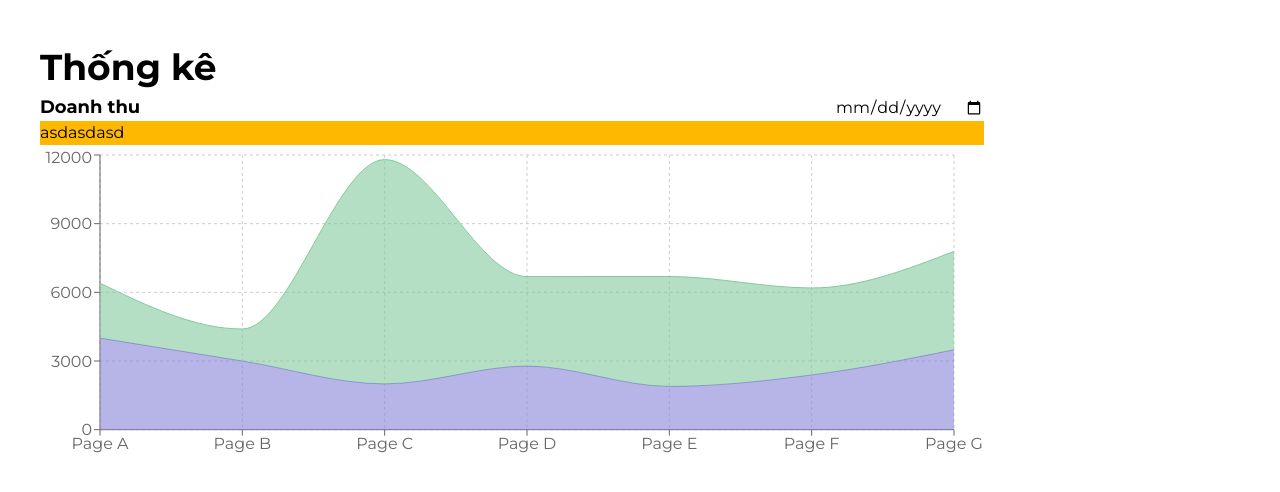
Repository: iphoneboy46/AltaMediaCMS
Page: /
An editor plug-in stored every save of this project. The page is shown before and after the next save, followed by the edit.
The browser window is 1280 px wide. The pictures show the whole page.
Some web libraries are served in a nearby version. The project was rebuilt for these pictures with package versions that can differ from the ones it lists, and the page was loaded fresh each time.

Above is the page before, as saved 2023-03-26 21:52:49.

### public/index.html
<!DOCTYPE html>
<html lang="en">
  <head>
    <meta charset="utf-8" />
    <link rel="icon" href="%PUBLIC_URL%/favicon.ico" />
    <meta name="viewport" content="width=device-width, initial-scale=1" />
    <meta name="theme-color" content="#000000" />
    <meta
      name="description"
      content="Web site created using create-react-app"
    />
    <link rel="apple-touch-icon" href="%PUBLIC_URL%/logo192.png" />
    <!--
      manifest.json provides metadata used when your web app is installed on a
      user's mobile device or desktop. See https://developers.google.com/web/fundamentals/web-app-manifest/
    -->
    <link rel="manifest" href="%PUBLIC_URL%/manifest.json" />
    <!--
      Notice the use of %PUBLIC_URL% in the tags above.
      It will be replaced with the URL of the `public` folder during the build.
      Only files inside the `public` folder can be referenced from the HTML.

      Unlike "/favicon.ico" or "favicon.ico", "%PUBLIC_URL%/favicon.ico" will
      work correctly both with client-side routing and a non-root public URL.
      Learn how to configure a non-root public URL by running `npm run build`.
    -->
    <link rel="stylesheet" href="https://cdnjs.cloudflare.com/ajax/libs/font-awesome/6.3.0/css/all.min.css" integrity="sha512-SzlrxWUlpfuzQ+pcUCosxcglQRNAq/DZjVsC0lE40xsADsfeQoEypE+enwcOiGjk/bSuGGKHEyjSoQ1zVisanQ==" crossorigin="anonymous" referrerpolicy="no-referrer" />
    <title>React App</title>
  </head>
  <body>
    <noscript>You need to enable JavaScript to run this app.</noscript>
    <div id="root"></div>
    <!--
      This HTML file is a template.
      If you open it directly in the browser, you will see an empty page.

      You can add webfonts, meta tags, or analytics to this file.
      The build step will place the bundled scripts into the <body> tag.

      To begin the development, run `npm start` or `yarn start`.
      To create a production bundle, use `npm run build` or `yarn build`.
    -->
  </body>
</html>

### src/App.tsx

import './App.css';
import Home from './components/Home/Home';
import MenuBar from './components/Menu/MenuBar';

function App() {
  return (
    <div className="App">
      {/* <MenuBar /> */}
      <Home />
    </div>
  );
}

export default App;

### src/App.css
@import url('https://fonts.googleapis.com/css2?family=Montserrat:wght@300;400;500;700&display=swap');

*{
  margin: 0;
  padding: 0;
  box-sizing: border-box;
  font-family: 'Montserrat', sans-serif;
}

### src/components/Home/Home.tsx
import React from 'react'
import Charts from '../Charts/Charts'

function Home() {
  return (
    <div className="w-[80%] bg-[white] p-10">
        <div className="">
            <h1 className="text-[black] text-[36px] font-[700]">Thống kê</h1>
        </div>
        <div className="flex items-center justify-between">
           <div> <h2 className="text-[black] text-[18px] font-[600]">Doanh thu</h2></div>
           <div>
             <input className="" type="date" value="" />
           </div>
        </div>
        <Charts />
    </div>
  )
}

export default Home

### src/components/Charts/Charts.tsx
import React from "react";
import { AreaChart, Area, XAxis, YAxis, CartesianGrid, Tooltip, ResponsiveContainer } from 'recharts';
function Charts() {
  const data = [
    {
      name: "Page A",
      uv: 4000,
      pv: 2400,
      amt: 2400,
    },
    {
      name: "Page B",
      uv: 3000,
      pv: 1398,
      amt: 2210,
    },
    {
      name: "Page C",
      uv: 2000,
      pv: 9800,
      amt: 2290,
    },
    {
      name: "Page D",
      uv: 2780,
      pv: 3908,
      amt: 2000,
    },
    {
      name: "Page E",
      uv: 1890,
      pv: 4800,
      amt: 2181,
    },
    {
      name: "Page F",
      uv: 2390,
      pv: 3800,
      amt: 2500,
    },
    {
      name: "Page G",
      uv: 3490,
      pv: 4300,
      amt: 2100,
    },
  ];

  return (
    <div className="w-[100%] h-[100%] bg-yellowMain">
        <h1>asdasdasd</h1>
        <ResponsiveContainer width="100%" aspect={3}>
        <AreaChart
          width={500}
          height={400}
          data={data}
          margin={{
            top: 10,
            right: 30,
            left: 0,
            bottom: 0,
          }}
        >
          <CartesianGrid strokeDasharray="3 3" />
          <XAxis dataKey="name" />
          <YAxis />
          <Tooltip />
          <Area type="monotone" dataKey="uv" stackId="1" stroke="#8884d8" fill="#8884d8" />
          <Area type="monotone" dataKey="pv" stackId="1" stroke="#82ca9d" fill="#82ca9d" />

        </AreaChart>
      </ResponsiveContainer>
    </div>
  );
}

export default Charts;

### tailwind.config.js

module.exports = {
  content: [
    "./src/**/*.{js,jsx,ts,tsx}",
    ],
  theme: {
    extend: {},
    colors:{
        'yellowMain':"#FFB800",
         'background' :"#E5E5E5"

    }
  },
  plugins: [],
}

Loaded but not shown: src/index.tsx (common file); src/index.css (common file); src/reportWebVitals.ts (common file)

After the next save:
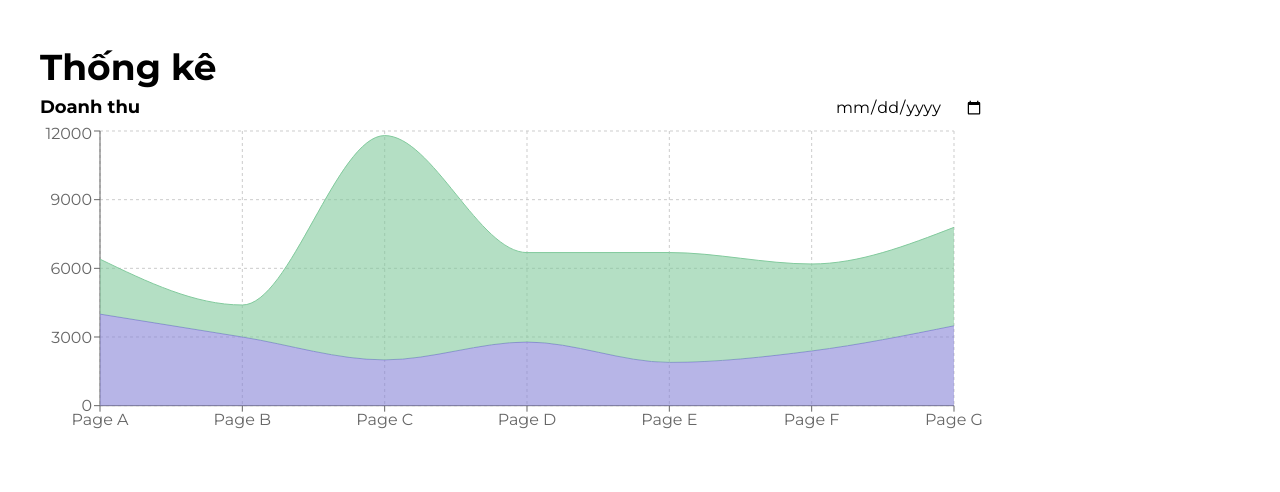
Saved 72 s later.
--- a/src/components/Charts/Charts.tsx
+++ b/src/components/Charts/Charts.tsx
@@ -48,7 +48,7 @@ function Charts() {
 
   return (
     <div className="w-[100%] h-[100%] bg-yellowMain">
-        <h1>asdasdasd</h1>
+
         <ResponsiveContainer width="100%" aspect={3}>
         <AreaChart
           width={500}
